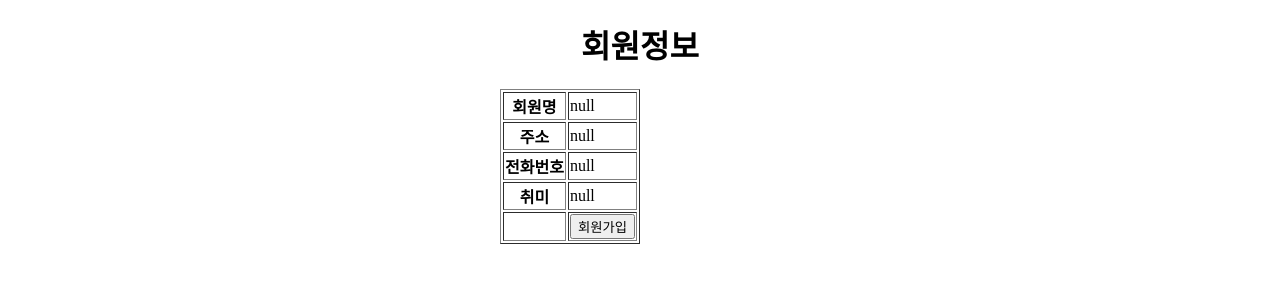
Repository: leeyujin21/jsp
Page: http://localhost/Hello/memRegSuccess.jsp
These files come from the project's save history. The page is drawn as it stood at one moment and after the next save; the edit follows.
The browser window is 1280 px wide. The pictures show the whole page.
The page is served by Tomcat 9.

Above is the page before, as saved 2023-09-19 05:51:48.

After the next save:
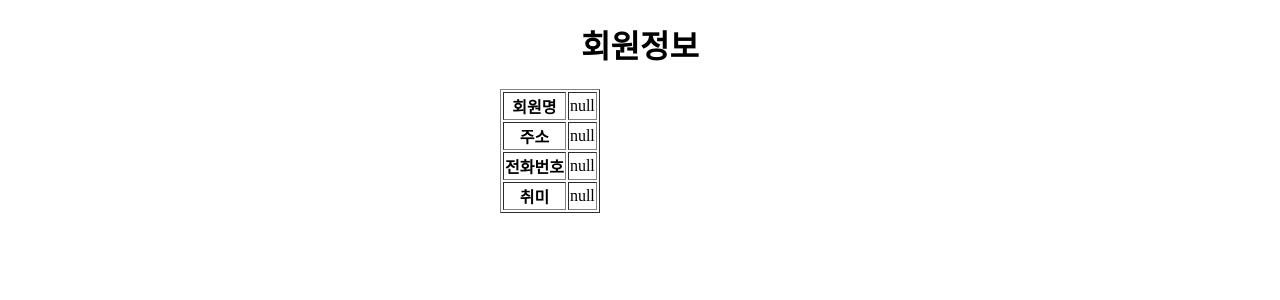
Saved 81 s later.
--- a/Hello/src/main/webapp/memRegSuccess.jsp
+++ b/Hello/src/main/webapp/memRegSuccess.jsp
@@ -6,18 +6,18 @@
 <meta charset="UTF-8">
 <title>Insert title here</title>
 <style type="text/css">
-	body {
-		margin: auto;
-	}
+body {
+	margin: auto;
+}
 
-	div {
-		width: 280px;
-		margin: auto;
-	}
+div {
+	width: 280px;
+	margin: auto;
+}
 
-	h1 {
-		text-align: center;
-	}
+h1 {
+	text-align: center;
+}
 </style>
 </head>
 <body>
@@ -40,10 +40,6 @@
 				<th>취미</th>
 				<td><%=request.getParameter("hobby")%></td>
 			</tr>
-			<tr>
-				<td></td>
-				<td><input type="submit" value="회원가입" /></td>
-			</tr>
 		</table>
 	</div>
 </body>
